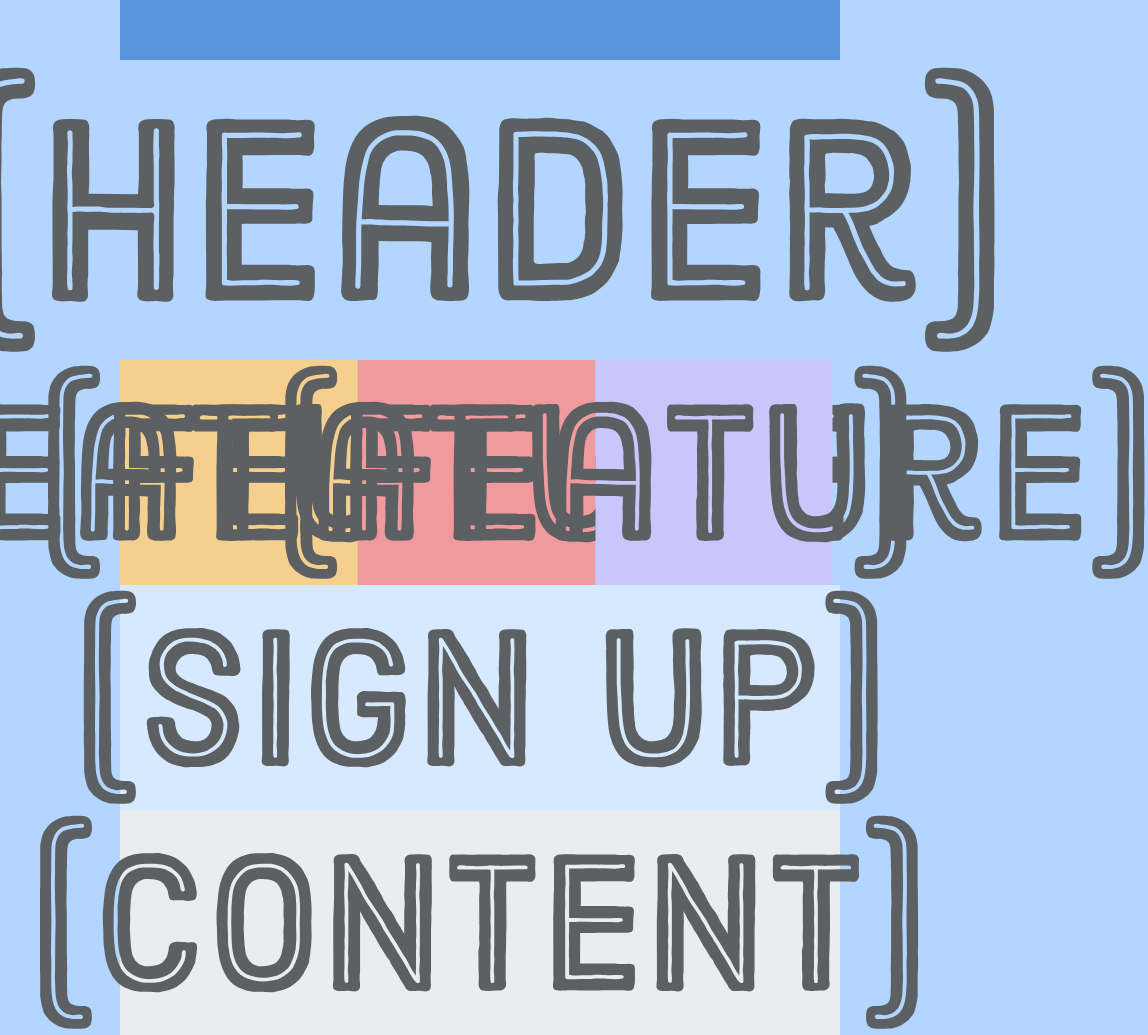
Repository: randomUser134923/pet-projects
Page: CSS_practice/5_responsive/index.html
The author's editor kept a record of every edit. The page is drawn from the files as they stood at one moment, then again after the next edit.
The browser window is 1280 px wide. The page is 1531 px wide, so the pictures cover 1531 px, including what lies to the right of the window. The pictures show the whole page, at 75% of full size.

Above is the page before.

### CSS_practice/5_responsive/index.html
<!DOCTYPE html>
<html lang='en'>
    <head>
        <meta charset='UTF-8'/>
        <meta name='viewport' content='width=device-width, initial-scale=1.0, maximum-scale=1.0' />
        <title>Responsive Design</title>
        <link rel="stylesheet" href="style.css" type="text/css" />
    </head>

    <body>
        <div class='page'>
          <div class='section menu'></div>
          <div class='section header'>
            <img src='images/header.svg'/>
          </div>
          <div class='section content'>
            <img src='images/content.svg'/>
          </div>
          <div class='section sign-up'>
            <img src='images/sign-up.svg'/>
          </div>
          <div class='section feature-1'>
            <img src='images/feature.svg'/>
          </div>
          <div class='section feature-2'>
            <img src='images/feature.svg'/>
          </div>
          <div class='section feature-3'>
            <img src='images/feature.svg'/>
          </div>
        </div>
    </body>

</html>

### CSS_practice/5_responsive/style.css
* {
    margin: 0;
    padding: 0;
    box-sizing: border-box;
}


.page {
    display:flex;
    flex-wrap: wrap;
}

.section {
    width: 100%;
    height: 300px;
    display: flex;
    justify-content: center;
    align-item: center;
}

.menu {
    background-color: #5995DA;
    height: 80px;
}


.header {
    background-color: #B2D6FF;
}

.content {
    background-color: #EAEDF0;
    heigh:600px;
    order: 2;
}



.sign-up {
    background-color: #D6E9FE;
    order: 1;
}

.feature-1 {
    background-color: #F5CF8E;
}

.feature-2 {
    background-color: #F09A9D;
}

.feature-3 {
    background-color: #C8C6FA;
}





.illustration img {
    width: 100%;
    display: block;
}


/* Mobile */
@media only screen and (max-width:400px) {
    body {
        background-color: #F09A9D; /*red*/
    }
}


/* tablet */
@media only screen and (min-width:400px) and (max-width:960px) {
    body {
        background-color: #F5CF8E; /*yellow*/
    }

    .sign-up , .feature-1 , .feature-2 , .feature-3 {
        width: 50%;
    }
}

/* Desktop */
@media only screen and (min-width:961px) {
    .page {
        width:960px;
        margin: 0 auto;
    }

    .feature-1 , .feature-2 , .feature-3 {
        width: 33%;
    }

    .header {
        height: 400px;
    }

    body {
        background-color: #B2D6FF; /*blue*/
    }
}

After the next edit:
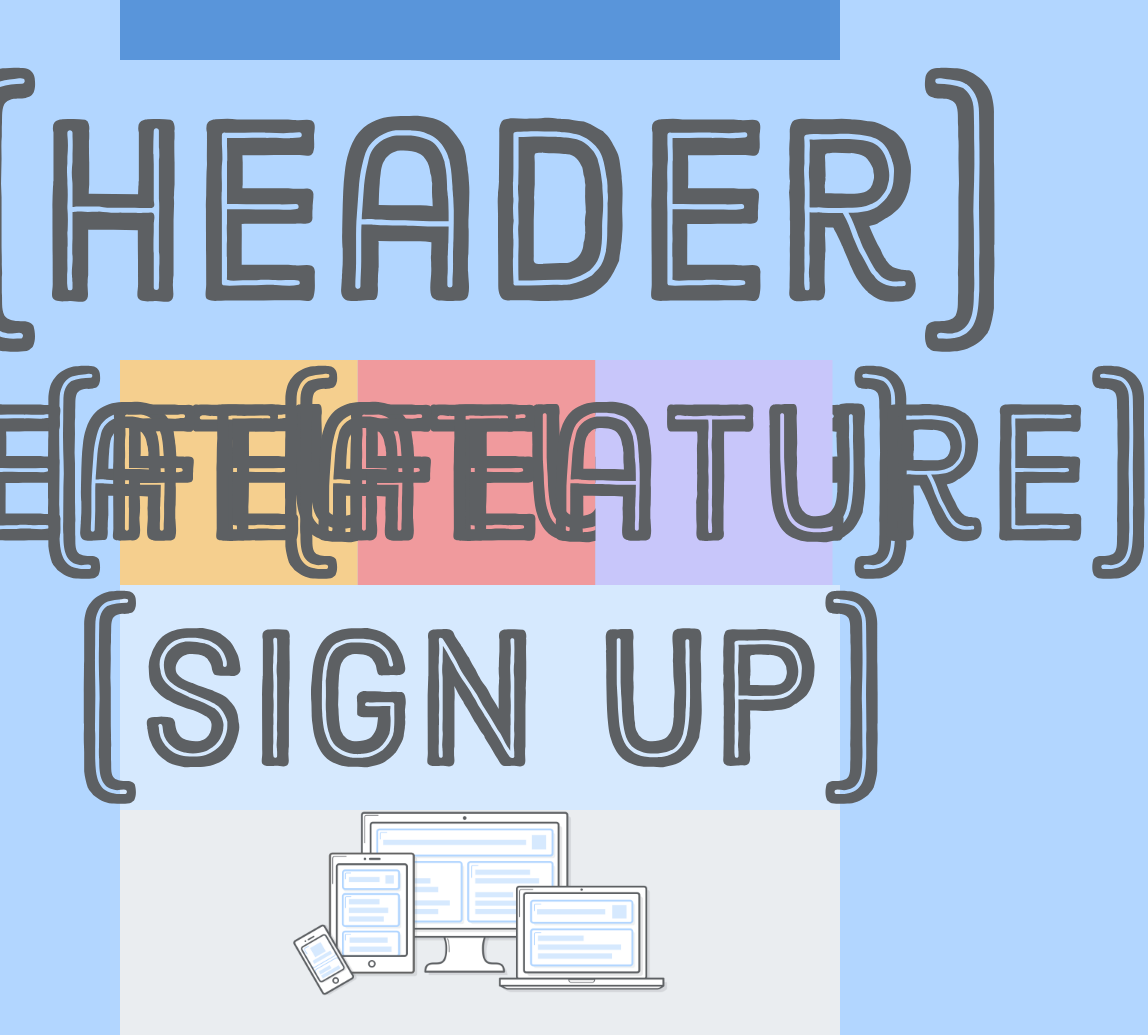
The edit:
--- a/CSS_practice/5_responsive/index.html
+++ b/CSS_practice/5_responsive/index.html
@@ -14,7 +14,10 @@
             <img src='images/header.svg'/>
           </div>
           <div class='section content'>
-            <img src='images/content.svg'/>
+              <div class = 'illustration'>
+                  <img src='images/illustration-big.png' style='max-width:500px'/>
+            <!-- <img class='illustration' src='images/illustration.svg' style='max-width: 500px'/> -->
+            </div>
           </div>
           <div class='section sign-up'>
             <img src='images/sign-up.svg'/>
